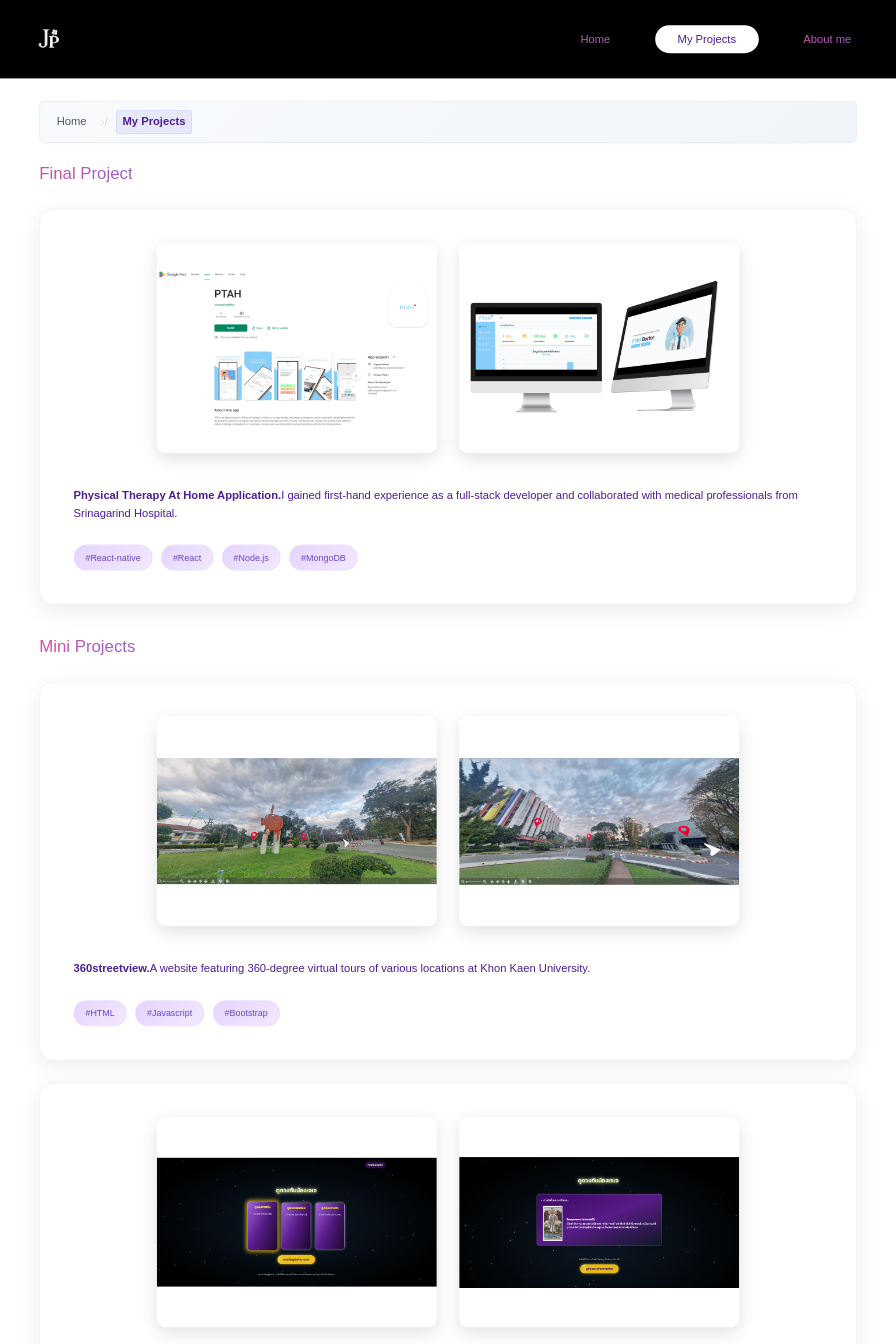
Repository: PattarasayaJJ/Portfolio-jjpatts
Page: /works
These files come from the project's save history. The page is drawn as it stood at one moment and after a run of saves; the edit follows.
The browser window is 1280 px wide. The pictures show the part of the page from y = 0 to 1920 px (the page is 4713 px tall before and 4711 px after), at 70% of full size.
The project was rebuilt for these pictures with package versions that can differ from the ones it lists, and the page was loaded fresh each time. Also part of the build but not shown: vite.config.js, vite.config.ts, src/header.css, src/hero.css, src/components/Hero.jsx, src/components/Aboutme.jsx.

Above is the page before, as saved 2025-08-03 23:46:11.

### index.html
<!doctype html>
<html lang="en">
  <head>
    <meta charset="UTF-8" />
    <link rel="icon" type="image/svg+xml" href="/JPtab.png" />
    <meta name="viewport" content="width=device-width, initial-scale=1.0" />
    <title>JJPatts Portfolio</title>
  </head>
  <body>
    <div id="root"></div>
    <script type="module" src="/src/index.jsx"></script>
  </body>
</html>

### src/index.css
@import 'tailwindcss/base';
@import 'tailwindcss/components';
@import 'tailwindcss/utilities';
@import url('https://fonts.googleapis.com/css2?family=Kanit:wght@400;700&display=swap');

*{
   font-family: 'Kanit', sans-serif;

}

### src/App.jsx
import React from 'react';
import { BrowserRouter as Router, Routes, Route } from 'react-router-dom';
import { Header } from './components/Header';
import { Hero } from './components/Hero';
import { Works } from './components/Works';
import { Aboutme } from './components/Aboutme' ;
import { Footer } from './components/Footer';
export function App() {
  return (
    <Router>
      <div className="w-full min-h-screen bg-white">
        <Header />
        <main className="w-full">
          <Routes>
            <Route path="/" element={<><Hero /> </>} />
            <Route path="/works" element={<><Works /></>}/>
            <Route path="/aboutme" element={<Aboutme />} />


          </Routes>
        </main>
        <Footer />

      </div>
    </Router>
  );
}

### src/components/Header.jsx
import React, { useState } from 'react';
import { Link, useLocation } from 'react-router-dom';
import { MenuIcon, XIcon } from 'lucide-react';
import '../header.css';

export function Header() {
  const [isMenuOpen, setIsMenuOpen] = useState(false);
  const location = useLocation();

  const isActive = (path) => location.pathname === path;

  return (
    <header className="w-full bg-black py-4 px-8 relative">
      <div className="max-w-7xl mx-auto flex justify-between items-center">
        <Link to="/">
          <div className="flex items-center">
            <img src="/JP.png" alt="logo" className="w-20" />
          </div>
        </Link>

        <nav className="hidden md:flex space-x-8">
          <Link
            to="/"
            className={`font-medium px-8 py-2 rounded-full ${
              isActive('/') ? 'bg-white text-purple-600' : 'gradient-text'
            }`}
            style={isActive('/') ? { color: '#4c1d95' } : {}}
          >
            Home
          </Link>
          <Link
            to="/works"
            className={`font-medium px-8 py-2 rounded-full ${
              isActive('/works') ? 'bg-white text-purple-600' : 'gradient-text'
            }`}
            style={isActive('/works') ? { color: '#4c1d95' } : {}}
          >
            My Projects
          </Link>
          <Link
            to="/aboutme"
            className={`font-medium px-8 py-2 rounded-full ${
              isActive('/aboutme') ? 'bg-white text-purple-600' : 'gradient-text'
            }`}
            style={isActive('/aboutme') ? { color: '#4c1d95' } : {}}
          >
            About me
          </Link>
        </nav>

        <button className="md:hidden text-white" onClick={() => setIsMenuOpen(!isMenuOpen)}>
          {isMenuOpen ? <XIcon size={24} /> : <MenuIcon size={24} />}
        </button>
      </div>

      <div
        className={`
          fixed top-0 right-0 w-64 h-full bg-black z-50 transform transition-transform duration-300 ease-in-out
          ${isMenuOpen ? 'translate-x-0' : 'translate-x-full'}
          md:hidden
        `}
      >
        <div className="p-6">
          <button className="text-white mb-8" onClick={() => setIsMenuOpen(false)}>
            <XIcon size={24} />
          </button>
          <nav className="flex flex-col space-y-6">
            <Link
              to="/"
              className={`font-medium px-6 py-2 rounded-full block text-center ${
                isActive('/') ? 'bg-white text-purple-600' : 'gradient-text'
              }`}
              style={isActive('/') ? { color: '#4c1d95' } : {}}
              onClick={() => setIsMenuOpen(false)}
            >
              Home
            </Link>
            <Link
              to="/works"
              className={`font-medium px-6 py-2 rounded-full block text-center ${
                isActive('/works') ? 'bg-white text-purple-600' : 'gradient-text'
              }`}
              style={isActive('/works') ? { color: '#4c1d95' } : {}}
              onClick={() => setIsMenuOpen(false)}
            >
              My Projects
            </Link>
            <Link
              to="/aboutme"
              className={`font-medium px-6 py-2 rounded-full block text-center ${
                isActive('/aboutme') ? 'bg-white text-purple-600' : 'gradient-text'
              }`}
              style={isActive('/aboutme') ? { color: '#4c1d95' } : {}}
              onClick={() => setIsMenuOpen(false)}
            >
              About me
            </Link>
          </nav>
        </div>
      </div>

      {isMenuOpen && (
        <div
          className="fixed inset-0 bg-black bg-opacity-50 z-40 md:hidden"
          onClick={() => setIsMenuOpen(false)}
        />
      )}
    </header>
  );
}

### src/components/Works.jsx
import '../work.css';

export function Works() {
  const Ptahskills = [
    { name: '#React-native', type: 'tool' },
    { name: '#React', type: 'tool' },
    { name: '#Node.js', type: 'tool' },
    { name: '#MongoDB', type: 'tool' },
  ];

  const stv = [
    { name: '#HTML', type: 'tool' },
    { name: '#Javascript', type: 'tool' },
    { name: '#Bootstrap', type: 'tool' },
  ];

  const tarot = [
    { name: '#React', type: 'tool' },
    { name: '#Tailwind', type: 'tool' },
  ];

  const kkuBusSkills = [
    { name: '#Figma', type: 'tool' },
  ];

  const ClassSkills = [
    { name: '#AdobeXD', type: 'tool' },
  ];

  const BakeySkills = [
    { name: '#Figma', type: 'tool' },
  ];

  const NineSkills = [
    { name: '#Power BI', type: 'tool' },
  ];

  return (
    <section className="projects-section">
      <nav className="breadcrumb">
        <a href="/" className="breadcrumb-link">
          Home
        </a>
        <span className="breadcrumb-separator">/</span>
        <span className="breadcrumb-current">My Projects</span>
      </nav>

      <div className="projects-container">
       <div className="final-project-text">
  <div className="project-title-container">
    <div className="project-title-text">Final Project</div>
  </div>
</div>

        <div className="project-card">
          <div className="project-images">
            <img
              src="/Ptah.png"
              alt="PTAH Mobile App"
              className="project-image"
            />
            <img
              src="/ptahdoctor.png"
              alt="PTAH Desktop App"
              className="project-image"
            />
          </div>

          <div className="project-content">
            <p className="project-name">
              <span className="highlight">Physical Therapy At Home Application.</span>
              I gained first-hand experience as a full-stack developer and collaborated with medical professionals from Srinagarind Hospital.
            </p>

            <div className="skills-list">
              {Ptahskills.map((skill, index) => (
                <span className="skill-tag" key={index}>
                  {skill.name}
                </span>
              ))}
            </div>
          </div>
        </div>

        <div className="final-project-text">
           <div className="project-title-container">
    <div className="project-title-text">Mini Projects</div>
  </div>
</div>

        {/* 360streetview Project */}
        <div className="project-card">
          <div className="project-images single">
             <img
              src="/tour.png"
              alt="360streetview"
              className="project-image"
            />
            <img
              src="/360.png"
              alt="360streetview"
              className="project-image"
            />

          </div>

          <div className="project-content">
            <p className="project-name">
              <span className="highlight">360streetview.</span>
              A website featuring 360-degree virtual tours of various locations at Khon Kaen University.
            </p>

            <div className="skills-list">
              {stv.map((skill, index) => (
                <span className="skill-tag" key={index}>
                  {skill.name}
                </span>
              ))}
            </div>
          </div>
        </div>

        {/* Tarot Project */}
        <div className="project-card">
          <div className="project-images single">
            <img
              src="/tarot.png"
              alt="Tarot Reading"
              className="project-image"
            />
             <img
              src="/tarot2.png"
              alt="Tarot Reading"
              className="project-image"
            />
          </div>

          <div className="project-content">
            <p className="project-name">
              <span className="highlight">Doo Duang with Nong JJ.</span>
              is an interactive tarot reading website that uses the full 78-card tarot.
            </p>

            <div className="skills-list">
              {tarot.map((skill, index) => (
                <span className="skill-tag" key={index}>
                  {skill.name}
                </span>
              ))}
            </div>
          </div>
        </div>

        {/* KKU Bus Project */}
        <div className="project-card">
          <div className="project-images">
            <img
              src="/KKUbus.png"
              alt="KKU Bus App"
              className="project-image"
            />
            <img
              src="/storykkubus.jpeg"
              alt="KKU Bus Story"
              className="project-image"
            />
          </div>

          <div className="project-content">
            <p className="project-name">
              <span className="highlight">KKU Shuttle Bus.</span>
              This was my first mini project, starting with user research and continuing through to design, following various principles and guidelines. The main focus was to ensure that users could use the product without a steep learning curve. In this project, I conducted A/B testing, usability testing, and applied other UX/UI principles as well.
            </p>

            <div className="skills-list">
              {kkuBusSkills.map((skill, index) => (
                <span className="skill-tag" key={index}>
                  {skill.name}
                </span>
              ))}
            </div>
          </div>
        </div>

        {/* Class Cafe Project */}
        <div className="project-card">
          <div className="project-images single">
            <img
              src="/classfull.png"
              alt="Class Cafe"
              className="project-image"
            />
          </div>

          <div className="project-content">
            <p className="project-name">
              <span className="highlight">Class Cafe.</span>
              This project had a clear business objective: How can we increase this store's sales? I started by gathering customer insights and business metrics, then brainstormed revenue‑driving features before moving on to the design phase.
            </p>

            <div className="skills-list">
              {ClassSkills.map((skill, index) => (
                <span className="skill-tag" key={index}>
                  {skill.name}
                </span>
              ))}
            </div>
          </div>
        </div>

        {/* Bakery Shop Project */}
        <div className="project-card">
          <div className="project-images single">
            <img
              src="/bakery.png"
              alt="Bakery Shop"
              className="project-image"
            />
          </div>

          <div className="project-content">
            <p className="project-name">
              <span className="highlight">Bakery Shop.</span>
              The Bakey Shop application was created as a teaching tool for first-year students, with the purpose of introducing and providing practice in using Figma.
            </p>

            <div className="skills-list">
              {BakeySkills.map((skill, index) => (
                <span className="skill-tag" key={index}>
                  {skill.name}
                </span>
              ))}
            </div>
          </div>
        </div>

        {/* 9Diamond Project */}
        <div className="project-card">
          <div className="project-images single">
            <img
              src="/9Diamond.png"
              alt="9Diamond"
              className="project-image"
            />
          </div>

          <div className="project-content">
            <p className="project-name">
              <span className="highlight">9Diamond.</span>
              I reached out to the store to get its sales data, which we analyzed to come up with a suitable promotion.
            </p>

            <div className="skills-list">
              {NineSkills.map((skill, index) => (
                <span className="skill-tag" key={index}>
                  {skill.name}
                </span>
              ))}
            </div>
          </div>
        </div>
      </div>
    </section>
  );
}

### src/components/Footer.jsx
import React from 'react';

export function Footer() {
  return (
    <footer className="w-full bg-black text-white py-8 px-8">
  <div className="max-w-7xl mx-auto flex flex-col md:flex-row justify-between items-center space-y-6 md:space-y-0">

        <div className="text-center md:text-left gradient-text ">
          <h2 className="text-lg font-semibold">Contact Me</h2>
          <p className="text-sm mt-2">Email: jj.pattarasaya@gmail.com</p>
          <p className="text-sm">Phone: 099-209-5588</p>
          <p className="text-sm">Khon Kaen 40000, Thailand</p>

        </div>

        <div className="flex space-x-4 ">
        <a href="https://github.com/PattarasayaJJ" target="_blank" rel="noopener noreferrer">
        <img src="https://github.githubassets.com/favicons/favicon.png" alt="GitHub" />

  </a>

        </div>
      </div>

      <div className="text-center text-xs text-gray-400 mt-6 ">
        © {new Date().getFullYear()} JJPatts. All rights reserved.
      </div>
    </footer>
  );
}

### src/work.css
.projects-section {
  width: 100%;
  max-width: 1200px;
  margin: 0 auto;
  padding: 2rem 1rem;
  background-color: #ffffff;
}

.projects-container {
  max-width: 80rem;
  margin: 0 auto;
  display: flex;
  flex-direction: column;
  gap: 2rem;
}

.breadcrumb {
  margin-bottom: 2rem;
  padding: 0.75rem 1rem;
  font-size: 0.875rem;
  color: #64748b;
  background: linear-gradient(135deg, #f8fafc 0%, #f1f5f9 100%);
  border-radius: 0.5rem;
  border: 1px solid #e2e8f0;
  box-shadow: 0 1px 3px rgba(0, 0, 0, 0.05);
  display: flex;
  align-items: center;
  flex-wrap: wrap;
  gap: 0.25rem;
}

.breadcrumb-link {
  color: #64748b;
  text-decoration: none;
  padding: 0.25rem 0.5rem;
  border-radius: 0.25rem;
  transition: all 0.2s ease;
  position: relative;
  font-weight: 400;
}

.breadcrumb-link:hover {
  color: #1e293b;
  background-color: rgba(99, 102, 241, 0.1);
  transform: translateY(-1px);
}

.breadcrumb-link:active {
  transform: translateY(0);
}

.breadcrumb-separator {
  margin: 0 0.25rem;
  color: #cbd5e1;
  font-weight: 300;
  user-select: none;
}

/* Alternative separator using icons */
.breadcrumb-separator::before {
  content: "›";
  font-size: 1.1em;
  opacity: 0.6;
}

.breadcrumb-current {
  color: #1e293b;
  font-weight: 600;
  padding: 0.25rem 0.5rem;
  background-color: rgba(99, 102, 241, 0.1);
  border-radius: 0.25rem;
  border: 1px solid rgba(99, 102, 241, 0.2);
}

.project-title-text {
  margin-top: 10px;
  background: linear-gradient(135deg, #DD489B, #9067D3);
  -webkit-background-clip: text;
  -webkit-text-fill-color: transparent;
  background-clip: text;
  display: inline-block;
  font-size: 1.5rem;
}

/* Project Card */
.project-card {
  background: #ffffff;
  border-radius: 20px;
  padding: 3rem;
  box-shadow: 0 8px 32px rgba(0, 0, 0, 0.08);
  border: 1px solid #f0f0f0;
  display: flex;
  flex-direction: column;
  gap: 2rem;
}

/* Project Images */
.project-images {
  display: flex;
  justify-content: center;
  gap: 2rem;
  margin-bottom: 1rem;
}

.project-images.single {
  justify-content: center;
}

/* Updated: Uniform image sizing */
.project-image {
  width: 400px;
  height: 300px;
  object-fit: contain;
  border-radius: 12px;
  box-shadow: 0 8px 24px rgba(0, 0, 0, 0.12);
  transition: transform 0.3s ease, box-shadow 0.3s ease;
}

.project-image:hover {
  transform: translateY(-4px);
  box-shadow: 0 12px 32px rgba(0, 0, 0, 0.16);
}

/* Project Content */
.project-content {
  display: flex;
  flex-direction: column;
  gap: 1rem;
}

.project-name {
  font-size: 1rem;
  line-height: 1.6;
  color: #4c1d95;
  margin: 0;
  text-align: left;
  width: 100%;
}

.highlight {
  font-weight: 700;
  color: #4c1d95;
}

/* Skills List */
.skills-list {
  display: flex;
  flex-wrap: wrap;
  gap: 0.75rem;
  margin-top: 1rem;
}

.skill-tag {
  background: linear-gradient(135deg, #e5d4ff, #f3e8ff);
  color: #6b46c1;
  padding: 0.5rem 1rem;
  border-radius: 20px;
  font-size: 0.875rem;
  font-weight: 500;
  border: 1px solid #e5d4ff;
  transition: all 0.3s ease;
}

.skill-tag:hover {
  background: linear-gradient(135deg, #ddd6fe, #e5d4ff);
  transform: translateY(-2px);
  box-shadow: 0 4px 12px rgba(107, 70, 193, 0.2);
}

/* Responsive Design */
@media (max-width: 1024px) {
  .project-images {
    gap: 1.5rem;
  }

  .project-image {
    width: 350px;
    height: 250px;
    object-fit: contain;
  }
}

@media (max-width: 768px) {
  .projects-section {
    padding: 1.5rem 1rem;
  }

  .project-card {
    padding: 2rem 1.5rem;
  }

  .project-images {
    flex-direction: column;
    align-items: center;
    gap: 1.5rem;
  }

  .project-image {
    width: 100%;
    max-width: 400px;
    height: 250px;
    object-fit: contain;
  }

  .project-title {
    font-size: 1.5rem;
  }

  .project-name {
    font-size: 1.1rem;
    text-align: left;
  }

  .skills-list {
    justify-content: flex-start;
  }
}

@media (max-width: 480px) {
  .project-card {
    padding: 1.5rem 1rem;
  }

  .project-name {
    font-size: 1rem;
  }

  .skill-tag {
    font-size: 0.75rem;
    padding: 0.4rem 0.8rem;
  }

  .project-image {
    width: 100%;
    max-width: 350px;
    height: 200px;
    object-fit: contain;
  }
}

### src/aboutme.css
.about-container {
  max-width: 1200px;
  margin: 0 auto;
  padding: 2rem 1rem;
  background-color: #ffffff;
}

.breadcrumb {
  margin-bottom: 1rem;
  font-size: 1rem;
  color: #4B5563;
  display: flex;
  align-items: center;
}

.breadcrumb-link {
  color: #4B5563;
  text-decoration: none;
}

.breadcrumb-link:hover {
  text-decoration: underline;
}


.breadcrumb-separator {
  margin: 0 0.5rem;
}

.breadcrumb-current {
  font-weight: bold;
  color: #4c1d95;
}

.about-content {
  display: grid;
  grid-template-columns: 1fr 2fr;
  gap: 3rem;
  align-items: start;
}

.profile-section {
  display: flex;
  flex-direction: column;
  gap: 2rem;
}

.profile-card {
  background: #ffffff;
  border-radius: 20px;
  padding: 1rem;
  box-shadow: 0 8px 32px rgba(0, 0, 0, 0.08);
  border: 1px solid #f0f0f0;
  text-align: center;
}

.avatar-container {
  display: flex;
  flex-direction: column;
  align-items: center;
}

.avatar-wrapper {
  width: 200px;
  height: 200px;
  transition: transform 0.3s ease;
}

.avatar-wrapper:hover {
  transform: scale(1.05);
}

.avatar-img {
  width: 100%;
  height: 100%;
  object-fit: contain;
}

.profile-name {
  font-size: 1.5rem;
  color: #4c1d95;
  margin: 0;
}

.profile-title {
  font-size: 1rem;
  color: #6b46c1;
  margin: 0;
}

.email {
  font-size: 1rem;
  color: #6b7280;
  margin-bottom: 10px;
}

.social-icons {
  display: flex;
  justify-content: center;
  gap: 1rem;
}

.social-link {
  display: flex;
  align-items: center;
  justify-content: center;
  width: 40px;
  height: 40px;
  box-shadow: 0 8px 32px rgba(0, 0, 0, 0.08);
  border-radius: 50%;
  transition: all 0.3s ease;
}

.social-link:hover {
  transform: translateY(-2px);
  box-shadow: 0 4px 12px rgba(107, 70, 193, 0.3);
}

.social-icons img {
  width: 20px;
  height: 20px;
}

.education-card {
  background: #ffffff;
  border-radius: 20px;
  padding: 2rem;
  box-shadow: 0 8px 32px rgba(0, 0, 0, 0.08);
  border: 1px solid #f0f0f0;
}

.education-content {
  margin-top: 1rem;
}

.degree {
  font-size: 1rem;
  color: #4c1d95;
  margin: 0 0 0.5rem 0;
}

.university {
  font-size: 1rem;
  color: #4c1d95;
  margin: 0 0 0.25rem 0;
}

.graduation {
  font-size: 0.9rem;
  color: #6b7280;
  margin: 0;
}

.skills-section {
  display: flex;
  flex-direction: column;
}

.skills-grid {
  display: grid;
  grid-template-columns: 1fr;
  gap: 2rem;
}

.skill-category {
  background: #ffffff;
  border-radius: 20px;
  padding: 2rem;
  box-shadow: 0 8px 32px rgba(0, 0, 0, 0.08);
  border: 1px solid #f0f0f0;
  border-left: 5px solid #ffdff3;
}

.section-title,
.category-title {
  font-size: 1rem;
  margin: 0 0 1.5rem 0;
  display: flex;
  align-items: center;
}

.gradient-text {
  background: linear-gradient(135deg, #DD489B, #9067D3);
  -webkit-background-clip: text;
  -webkit-text-fill-color: transparent;
  background-clip: text;
}

.skills-list {
  display: flex;
  flex-wrap: wrap;
  gap: 0.75rem;
}

.skill-tag {
  background: linear-gradient(135deg, #e5d4ff, #f3e8ff);
  color: #6b46c1;
  padding: 0.5rem 1rem;
  border-radius: 20px;
  font-size: 0.8rem;
  border: 1px solid #e5d4ff;
  transition: all 0.3s ease;
  cursor: default;
}

.skill-tag:hover {
  background: linear-gradient(135deg, #ddd6fe, #e5d4ff);
  transform: translateY(-2px);
  box-shadow: 0 4px 12px rgba(107, 70, 193, 0.2);
}

@media (max-width: 1024px) {
  .about-content {
    grid-template-columns: 1fr;
    gap: 2rem;
  }

  .skills-grid {
    grid-template-columns: repeat(2, 1fr);
  }
}

@media (max-width: 768px) {
  .about-container {
    padding: 1.5rem 1rem;
  }

  .about-content {
    gap: 1.5rem;
  }

  .skills-grid {
    grid-template-columns: 1fr;
    gap: 1.5rem;
  }

  .profile-card,
  .education-card,
  .skill-category {
    padding: 1.5rem;
  }

  .avatar-wrapper {
    width: 150px;
    height: 150px;
  }

  .profile-name {
    font-size: 1.25rem;
  }

  .profile-title {
    font-size: 0.9rem;
  }

  .section-title,
  .category-title {
    font-size: 1.1rem;
  }

  .skill-tag {
    font-size: 0.8rem;
    padding: 0.4rem 0.8rem;
  }
}

@media (max-width: 480px) {

  .profile-card,
  .education-card,
  .skill-category {
    padding: 1.25rem;
  }

  .avatar-wrapper {
    width: 120px;
    height: 120px;
  }

  .profile-name {
    font-size: 1rem;
  }

  .skills-list {
    gap: 0.5rem;
  }

  .skill-tag {
    font-size: 0.75rem;
    padding: 0.35rem 0.7rem;
  }
}

Loaded but not shown: src/index.jsx (common file); tailwind.config.js (common file)

After the next 3 saves:
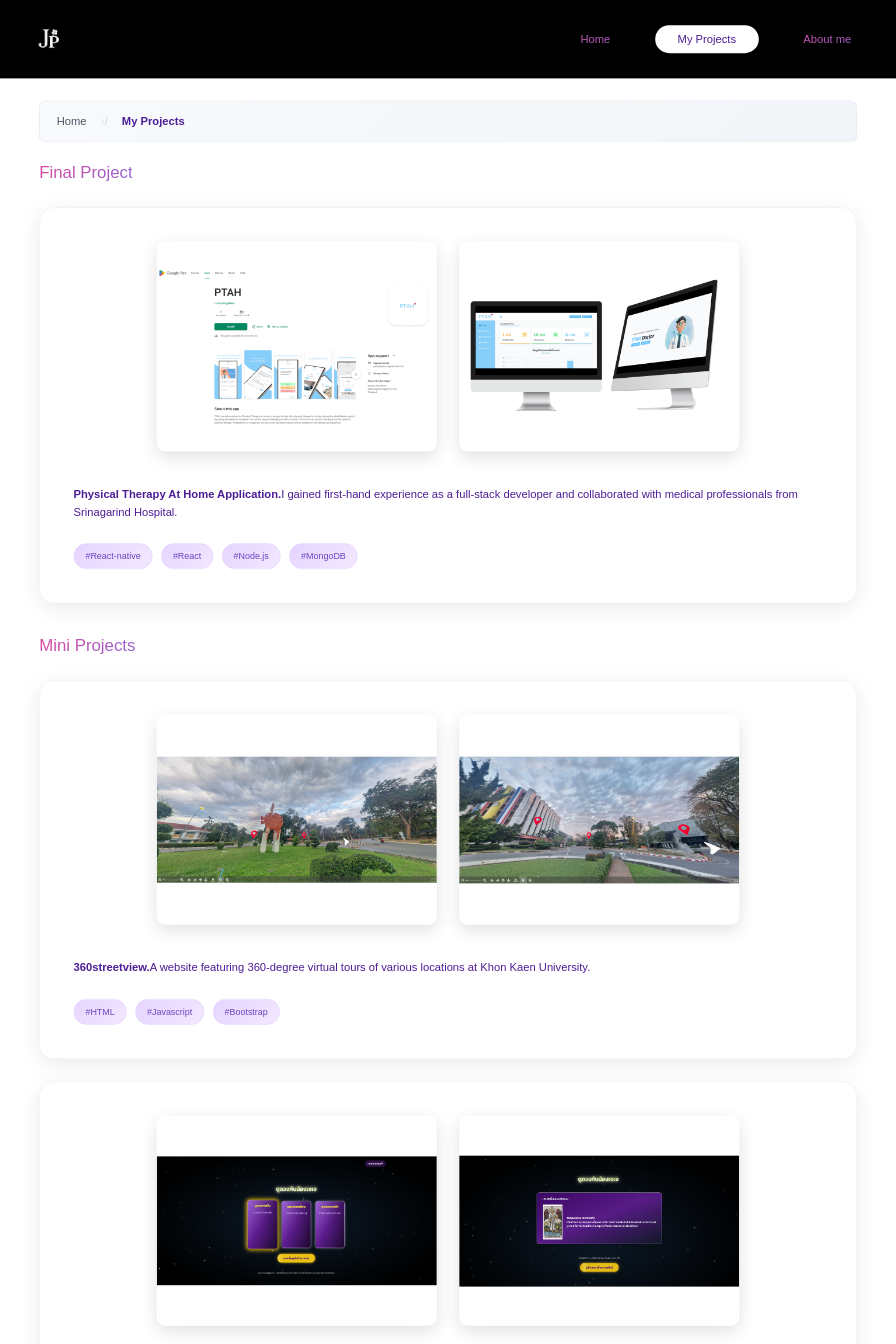
The 3 saves are shown as one change because they came seconds apart.
The last was saved 23 s later.
--- a/src/work.css
+++ b/src/work.css
@@ -67,9 +67,6 @@
   color: #1e293b;
   font-weight: 600;
   padding: 0.25rem 0.5rem;
-  background-color: rgba(99, 102, 241, 0.1);
-  border-radius: 0.25rem;
-  border: 1px solid rgba(99, 102, 241, 0.2);
 }
 
 .project-title-text {
